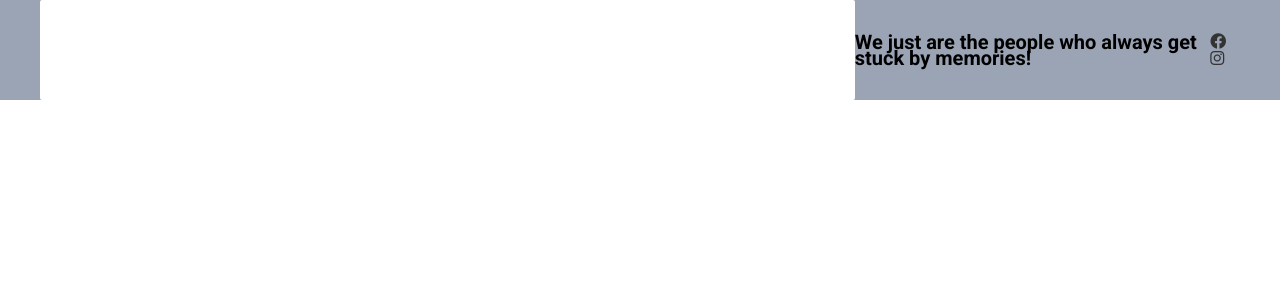
Repository: dptuyen1/SaiGon-Memories
Page: index.html
An editor plug-in stored every save of this project. The page is shown before and after the next save, followed by the edit.
The browser window is 1280 px wide. The pictures show the whole page.

Above is the page before, as saved 2023-05-19 09:37:28.

### index.html
<!DOCTYPE html>
<html lang="en">
  <head>
    <meta charset="UTF-8" />
    <meta http-equiv="X-UA-Compatible" content="IE=edge" />
    <meta name="viewport" content="width=device-width, initial-scale=1.0" />
    <title>SaiGon's Memories</title>
    <link rel="shortcut icon" href="assets/img/logo.png" type="image/x-icon" />
    <!-- CSS -->
    <link
      rel="stylesheet"
      href="https://cdnjs.cloudflare.com/ajax/libs/normalize/8.0.1/normalize.min.css"
      integrity="sha512-NhSC1YmyruXifcj/KFRWoC561YpHpc5Jtzgvbuzx5VozKpWvQ+4nXhPdFgmx8xqexRcpAglTj9sIBWINXa8x5w=="
      crossorigin="anonymous"
      referrerpolicy="no-referrer"
    />
    <link rel="stylesheet" href="assets/css/base.css" />
    <link rel="stylesheet" href="assets/css/main.css" />
    <!-- Font -->
    <link rel="preconnect" href="https://fonts.googleapis.com" />
    <link rel="preconnect" href="https://fonts.gstatic.com" crossorigin />
    <link
      href="https://fonts.googleapis.com/css2?family=Roboto:wght@300;400;500;700&display=swap"
      rel="stylesheet"
    />
    <!-- FontAwesome -->
    <link
      rel="stylesheet"
      href="https://cdnjs.cloudflare.com/ajax/libs/font-awesome/6.4.0/css/all.min.css"
      integrity="sha512-iecdLmaskl7CVkqkXNQ/ZH/XLlvWZOJyj7Yy7tcenmpD1ypASozpmT/E0iPtmFIB46ZmdtAc9eNBvH0H/ZpiBw=="
      crossorigin="anonymous"
      referrerpolicy="no-referrer"
    />
  </head>

  <body>
    <div id="app">
      <header id="header">
        <div class="grid">
          <div class="header__logo-wrapper">
            <!-- <a href="/">
              <img src="/assets/img/logo.png" alt="Logo" class="header__logo" />
            </a> -->
          </div>
          <h1 class="header__heading">
            We just are the people who always get stuck by memories!
          </h1>
          <div class="header__socials-wrapper">
            <a
              href="https://www.facebook.com/"
              class="header__socials-link"
              target="_blank"
            >
              <i class="fa-brands fa-facebook"></i>
            </a>
            <a
              href="https://www.instagram.com/"
              class="header__socials-link"
              target="_blank"
            >
              <i class="fa-brands fa-instagram"></i>
            </a>
          </div>
        </div>
      </header>

      <main id="main"></main>

      <footer id="footer"></footer>
    </div>
  </body>
</html>

### assets/css/base.css
:root {
  --white-color: #fff;
  --black-color: #000;
  --text-color: #333;
  --primary-color: #9ba4b5;
}

* {
  box-sizing: inherit;
}

html {
  font-size: 62.5%;
  line-height: 1.6rem;
  font-family: "Roboto", sans-serif;
  box-sizing: border-box;
}

/* For responsive */
.grid {
  width: 1200px;
  max-width: 100%;
  margin: 0 auto;
}

.grid__full-width {
  width: 100%;
}

.grid__row {
  display: flex;
  flex-wrap: wrap;
}

### assets/css/main.css
/* Init */
ul {
  list-style: none;
  padding: 0;
  margin: 0;
}

a {
  text-decoration: none;
  color: var(--text-color);
}

/* Header */
#header {
  background-color: var(--primary-color);
}

#header .grid {
  display: flex;
  justify-content: space-between;
  align-items: center;
}

.header__logo-wrapper {
  overflow: hidden;
  border-radius: 2px;
  background-color: var(--white-color);
  width: 100%;
  height: 100px;
}

.header__logo {
  width: 100px;
}

.header__socials-wrapper {
  font-size: 1.6rem;
}

.header__socials-wrapper a:first-child {
  margin-right: 10px;
}

After the next save:
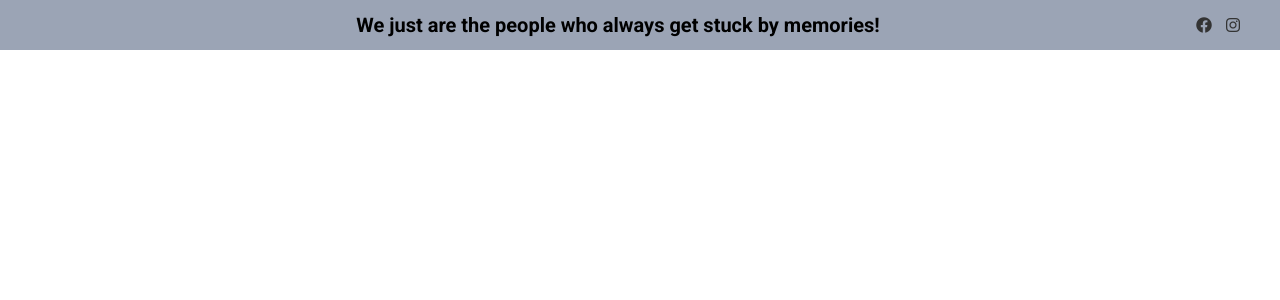
Saved 6 s later.
--- a/assets/css/main.css
+++ b/assets/css/main.css
@@ -25,8 +25,7 @@
   overflow: hidden;
   border-radius: 2px;
   background-color: var(--white-color);
-  width: 100%;
-  height: 100px;
+  height: 50px;
 }
 
 .header__logo {
